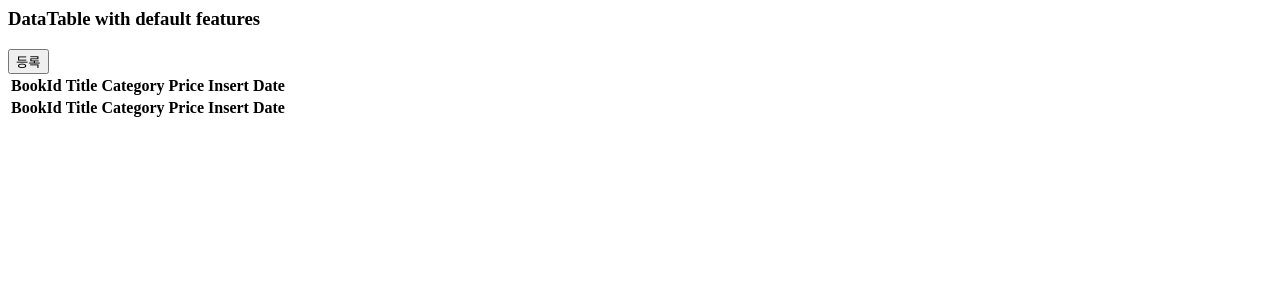
Repository: loy18/SPRING
Page: http://localhost/egovProj/WEB-INF/views/book/list.jsp
The author's editor kept a copy of each file at every save. The page is drawn from the files as they stood at one save, then again after the next save.
The browser window is 1280 px wide. The pictures show the whole page.
The page is served by Tomcat 9. Nobody is signed in. The template is opened directly, without the code that normally fills it, so the values that code supplies are empty.

Above is the page before, as saved 2022-11-14 06:27:50.

After the next save:
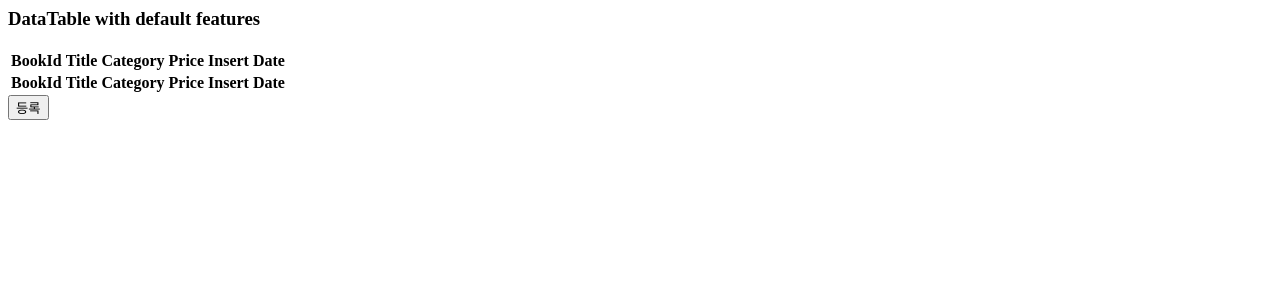
Saved 15 s later.
--- a/egovProj/src/main/webapp/WEB-INF/views/book/list.jsp
+++ b/egovProj/src/main/webapp/WEB-INF/views/book/list.jsp
@@ -56,8 +56,8 @@
 								<th rowspan="1" colspan="1">Insert Date</th>
 							</tr>
 						</tfoot>
+					</table>
 						<button type="button" class="btn btn-primary bt-sm">등록 </button>
-					</table>
 
 				</div>
 			</div>
